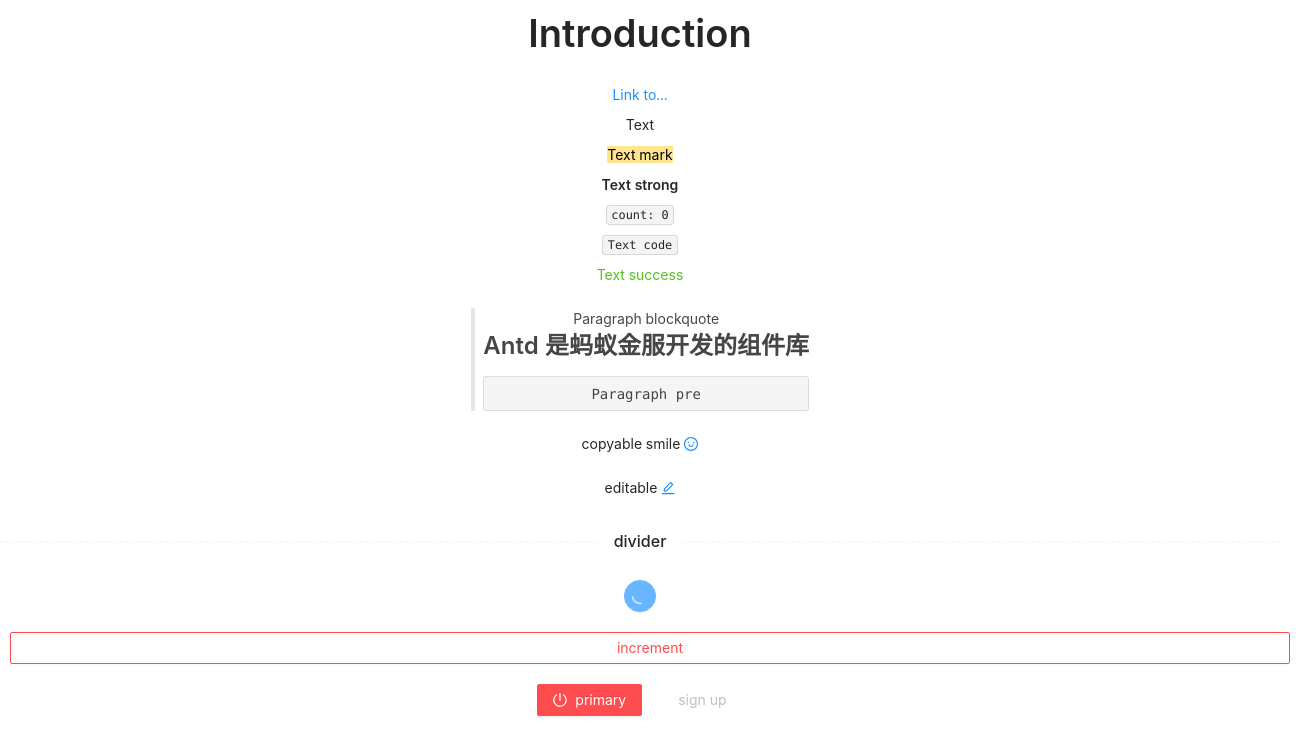
Repository: ErosHai/antd-demo
Page: /
An editor plug-in stored every save of this project. The page is shown before and after the next save, followed by the edit.
The browser window is 1280 px wide. The page is 1300 px wide, so the pictures cover 1300 px, including what lies to the right of the window. The pictures show the whole page.
The project was rebuilt for these pictures with package versions that can differ from the ones it lists, and the page was loaded fresh each time.

Above is the page before, as saved 2022-04-12 16:21:05.

After the next save:
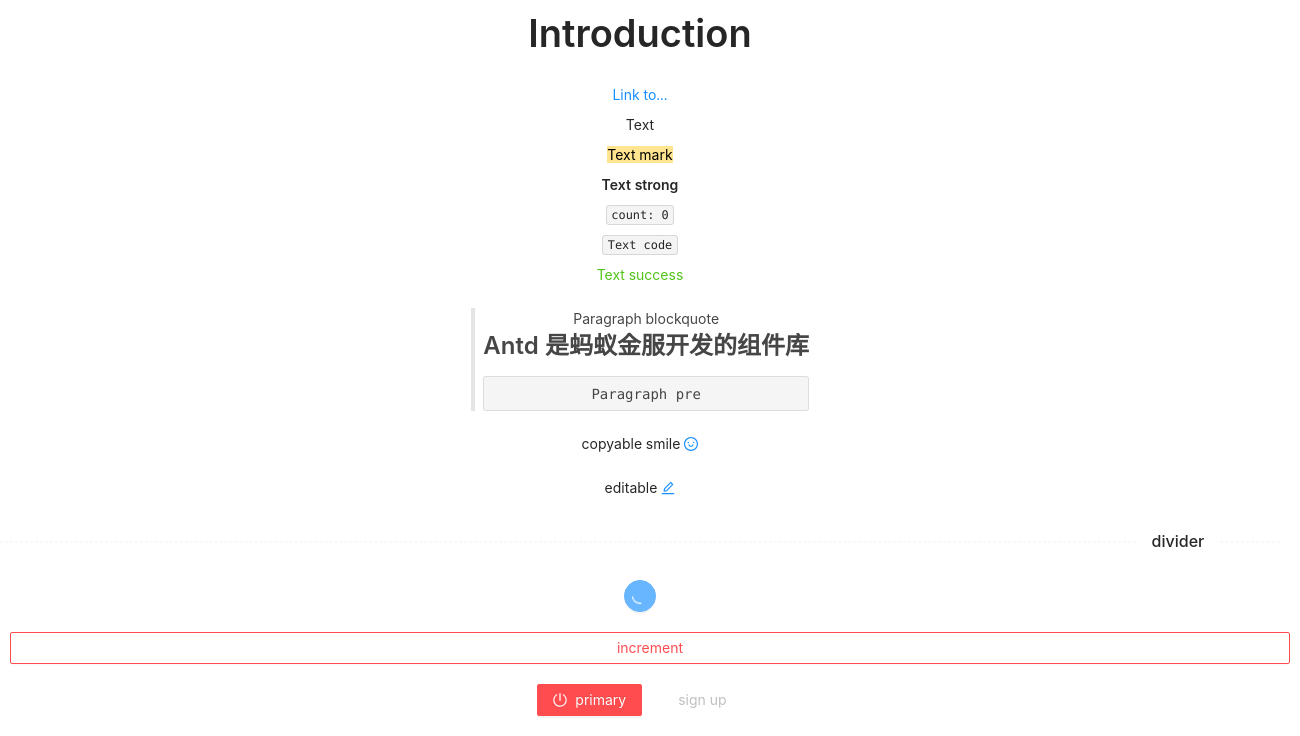
Saved 19 s later.
--- a/src/App.js
+++ b/src/App.js
@@ -46,7 +46,10 @@ function App() {
 				</Paragraph>
 			</Space>
 
-			<Divider dashed> divider </Divider>
+			<Divider dashed orientation="right">
+				{' '}
+				divider{' '}
+			</Divider>
 			<Tooltip title="search">
 				<Button
 					type="primary"
